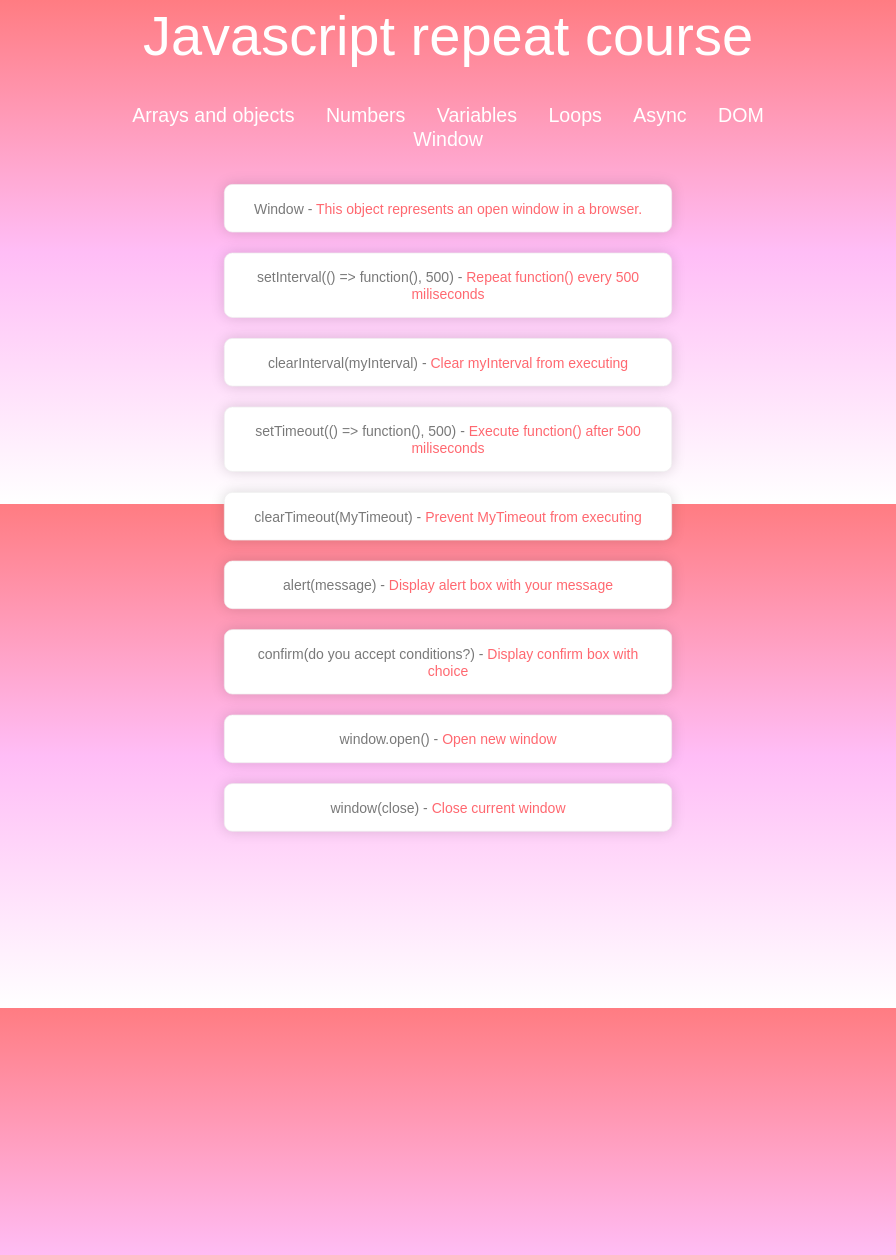
Repository: michalgornicki/javascript
Page: /#/Window
The author's editor kept a copy of each file at every save. The page is drawn from the files as they stood at one save, then again after the next save.
The browser window is 1280 px wide. The pictures show the whole page, at 70% of full size.
Backgrounds fixed to the window are drawn as part of the page. The project was rebuilt for these pictures with package versions that can differ from the ones it lists, and the page was loaded fresh each time. Also part of the build but not shown: src/index.css, src/components/arrays.jsx, src/components/variables.jsx, src/components/numbers.jsx, src/components/loops.jsx, src/components/async.jsx, src/components/DOM manipulation.jsx.

Above is the page before, as saved 2022-02-01 08:20:40.

After the next save:
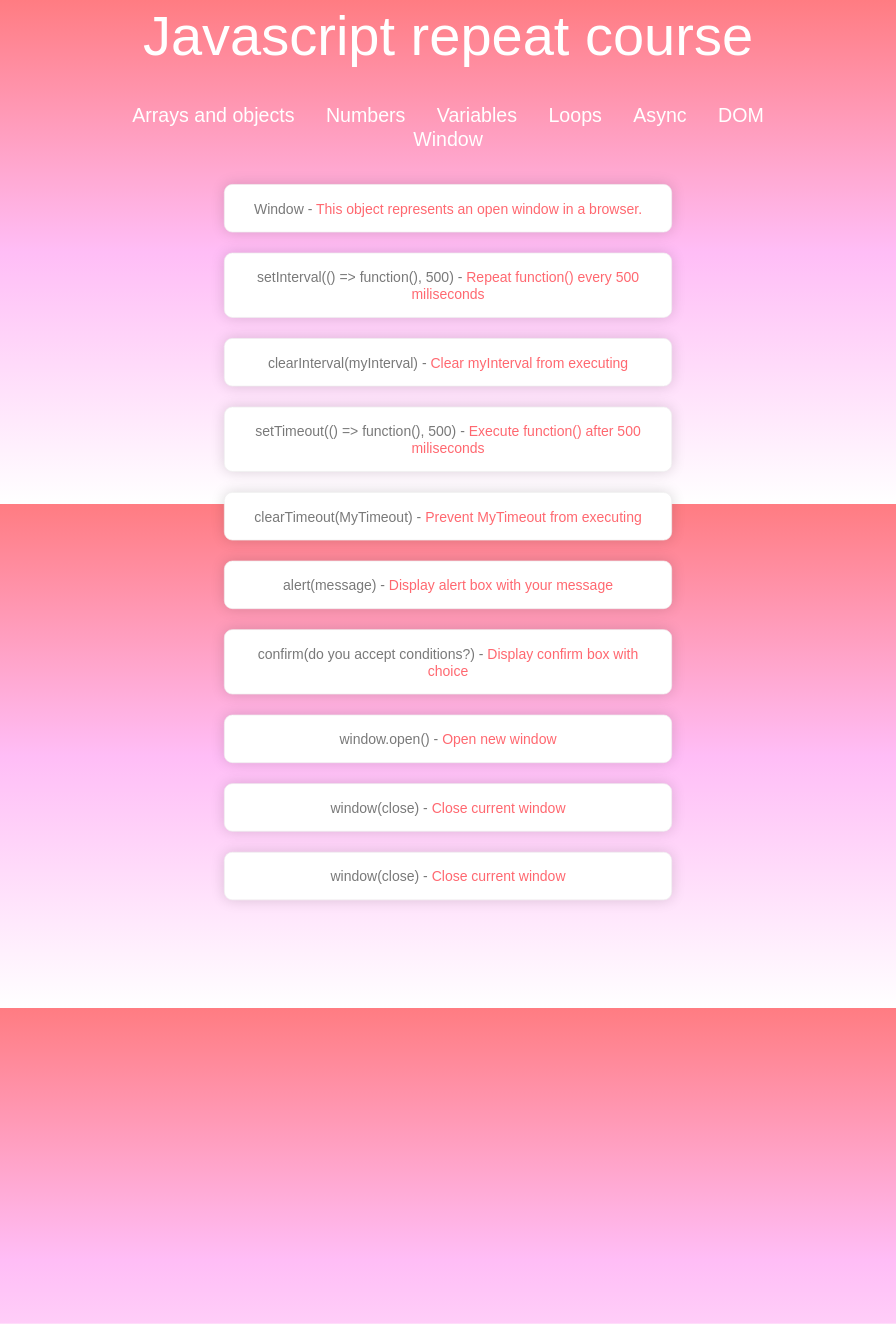
Saved 39 s later.
--- a/src/components/window.jsx
+++ b/src/components/window.jsx
@@ -47,6 +47,11 @@ const Window = () => {
         <span className="">{"window(close)"} -</span>
         <span className="text-pink"> Close current window </span> <br />
       </div>
+      <div className="js-item h5">
+        {" "}
+        <span className="">{"window(close)"} -</span>
+        <span className="text-pink"> Close current window </span> <br />
+      </div>
 
 
 
